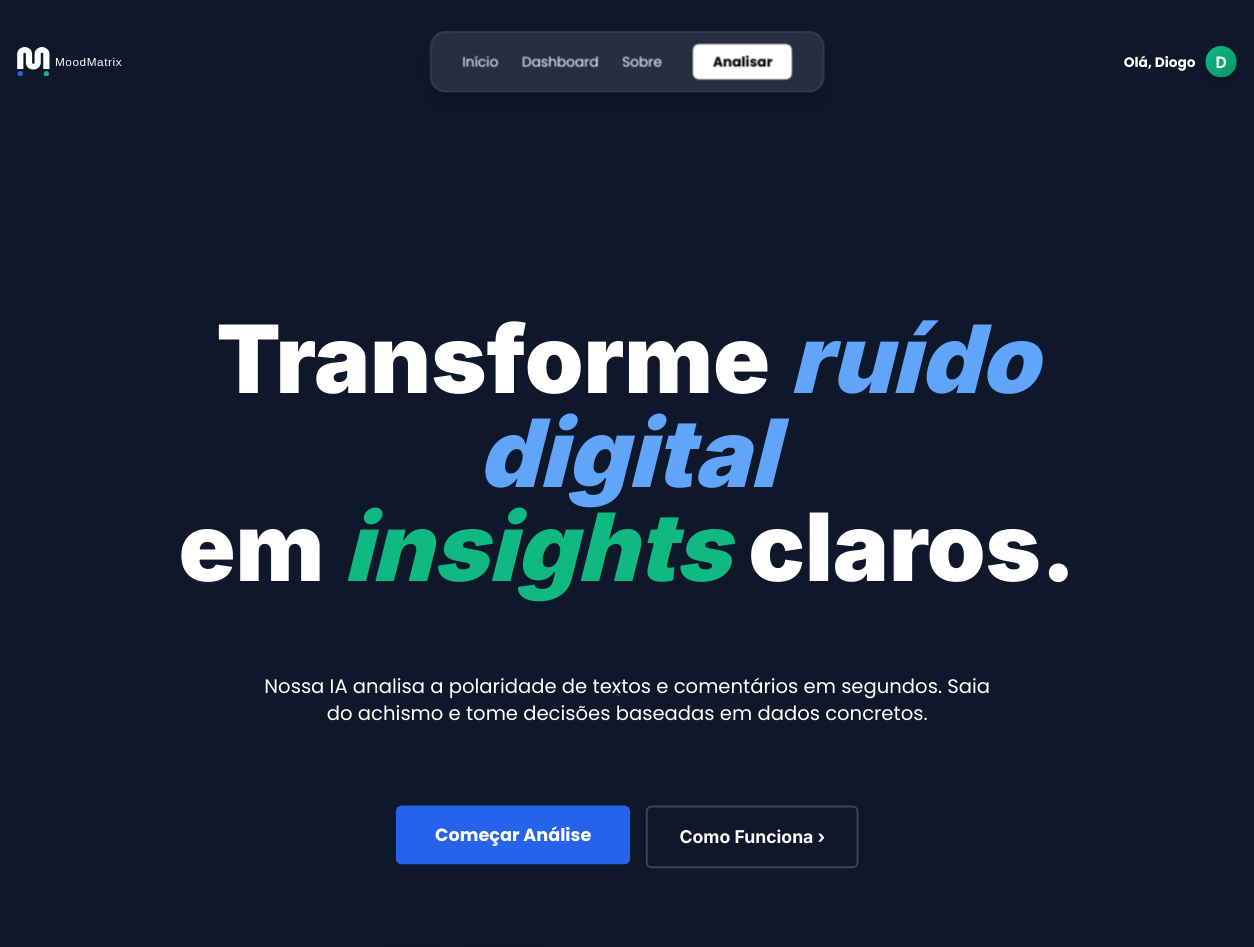
Repository: Hackaton-ONE/hackathon-Frontend
Page: /
These files come from the project's save history. The page is drawn as it stood at one moment and after the next save; the edit follows.
The browser window is 1280 px wide. The pictures show the whole page, at 98% of full size.
Some web fonts or font styles are not loaded; a fallback is used. The project was rebuilt for these pictures with package versions that can differ from the ones it lists, and the page was loaded fresh each time. The framework's server and built-in components were replaced by stand-ins that run in the browser. Also part of the build but not shown: next.config.ts.

Above is the page before, as saved 2026-01-02 10:20:15.

### app/layout.tsx
import type { Metadata } from "next";
import { Inter, Poppins, MuseoModerno } from "next/font/google"; // 1. Importar Poppins
import "./globals.css";
import { Navbar } from "@/components/Navbar";

// 2. Configurar Inter
const inter = Inter({
  subsets: ["latin"],
  variable: "--font-inter",
});

// 3. Configurar Poppins (Pesos comuns: 400, 600, 700)
const poppins = Poppins({
  weight: ['400', '600', '700'],
  subsets: ["latin"],
  variable: "--font-poppins",
});

const museo = MuseoModerno({
  subsets: ["latin"],
  variable: "--font-museo",
  display: "swap",
});

export const metadata: Metadata = {
  title: "MoodMatrix",
  description: "Análise de sentimentos com IA",
};

export default function RootLayout({
  children,
}: Readonly<{

  children: React.ReactNode;
}>) {
  return (
    <html lang="pt-br">
      {/* 4. Adicionar ambas as variáveis no body */}
      <body className={`${inter.variable} ${poppins.variable} ${museo.variable} bg-mood-dark text-white font-sans antialiased`}>
        <Navbar />
        {children}
      </body>
    </html>
  );
}

### app/page.tsx
import { HeroSection } from "../components/HeroSection";

export default function Home() {
  return (
    <main className="min-h-screen bg-mood-dark text-white selection:bg-neon-green selection:text-mood-dark">
      {/* A Navbar já está no layout.tsx, então não precisa repetir aqui se já colocou lá */}

      <HeroSection />

      {/* Aqui virão as próximas seções (Tech Stack, Benefícios, etc.) */}

    </main>
  );
}

### app/globals.css
@tailwind base;
@tailwind components;
@tailwind utilities;

/* Define o fundo padrão do site inteiro e a cor do texto */
body {
  background-color: #0F172A; /* mood.dark */
  color: #ffffff;
  min-height: 100vh;
}

/* Utilitário para o efeito de Vidro (Glassmorphism) */
.glass {
  background: rgba(30, 41, 59, 0.4); /* mood.gray com transparência */
  backdrop-filter: blur(12px);
  -webkit-backdrop-filter: blur(12px);
  border: 1px solid rgba(255, 255, 255, 0.1);
}

/* === PERSONALIZAÇÃO DA BARRA DE ROLAGEM === */

/* 1. Define a largura da barra */
::-webkit-scrollbar {
  width: 8px;
  height: 8px;
}

/* 2. Remove o fundo (Track) */
::-webkit-scrollbar-track {
  background: transparent;
}

/* 3. Cor da barra (Thumb)*/
::-webkit-scrollbar-thumb {
  background-color: #2563EB;
  border-radius: 9999px;
}

/* 4. Efeito ao passar o mouse */
::-webkit-scrollbar-thumb:hover {
  background-color: #60A5FA; /* blue-light */
}

/* 5. Remove as setas (Buttons) */
::-webkit-scrollbar-button {
  display: none;
}

### components/Navbar.tsx
"use client";

import Link from "next/link";
import { useState } from "react";
import { Menu, X } from "lucide-react";
import Image from "next/image";

// Componente NavLink (Link com sublinhado azul)
const NavLink = ({ href, children }: { href: string; children: React.ReactNode }) => (
  <Link
    href={href}
    className="relative group text-white transition-colors font-medium text-sm"
  >
    {children}
    <span className="absolute -bottom-1 left-0 w-0 h-[2px] bg-blue-default transition-all duration-300 ease-out group-hover:w-full" />
  </Link>
);

export function Navbar() {
  const [isOpen, setIsOpen] = useState(false);

  return (
    // Container Principal
    <div className="relative top-0 left-0 w-full z-50 px-4 py-8">

      <div className="max-w-[1600px] mx-auto flex justify-between items-center lg:grid lg:grid-cols-3">

        {/* =======================
            1. LOGO (Coluna 1 - Alinhado à Esquerda)
           ======================= */}
        <div className="flex justify-start">
          <Link href="/" className="flex items-center gap-1 z-50 group">
            <div className="relative w-8 h-8 lg:w-9 lg:h-9 flex items-center justify-center">
              <Image
                src="/logo.svg"
                alt="Logo MoodMatrix"
                fill
                className="object-contain"
              />
            </div>

            <span className="text-white font-medium text-xs font-museo tracking-wider">
              Mood<span>Matrix</span>
            </span>
          </Link>
        </div>

        {/* =======================
            2. PÍLULA CENTRAL (Coluna 2)
            MUDANÇA: 'hidden lg:flex'
            (Escondido em Tablet/Mobile, Flex em Notebook+)
           ======================= */}
        <div className="hidden lg:flex justify-center">
          <nav className="flex items-center gap-8 pl-8 pr-8 py-3 rounded-2xl bg-white/10 backdrop-blur-md border border-white/20 shadow-lg shadow-black/20">
            {/* Links */}
            <div className="flex items-center gap-6 font-poppins font-bold">
              <NavLink href="/">Início</NavLink>
              <NavLink href="/dashboard">Dashboard</NavLink>
              <NavLink href="#sobre">Sobre</NavLink>
            </div>

            {/* Botão Analisar */}
            <Link href="/analisar">
              <button className="bg-white hover:bg-neon-orange text-black font-poppins font-bold text-sm px-5 py-2 rounded-md transition-all duration-200 shadow-sm hover:shadow-md">
                Analisar
              </button>
            </Link>
          </nav>
        </div>

        {/* =======================
            3. AVATAR / MENU (Coluna 3 - Alinhado à Direita)
           ======================= */}
        <div className="flex justify-end items-center gap-4 z-50">

          {/* Avatar (Desktop) */}
          <div className="hidden lg:flex items-center gap-2 pl-4">
            <div className="text-right hidden lg:block">
              <p className="font-poppins text-sm font-bold text-white">Olá, Diogo</p>
            </div>
            <div className="w-9 h-9 rounded-full bg-gradient-to-br from-neon-green to-emerald-600 flex items-center justify-center text-white font-bold border-2 border-mood-dark shadow-md">
              D
            </div>
          </div>

          {/* Botão Hambúrguer (Mobile) */}
          <button
            onClick={() => setIsOpen(!isOpen)}
            className="lg:hidden text-white hover:text-neon-blue transition p-1"
          >
            {isOpen ? <X size={28} /> : <Menu size={28} />}
          </button>
        </div>

      </div>

      {/* =======================
          4. MENU MOBILE DROPDOWN
         ======================= */}
      {isOpen && (
        <div className="lg:hidden absolute top-24 left-4 right-4 z-40 bg-mood-dark/95 backdrop-blur-xl border border-white/10 rounded-2xl p-4 shadow-2xl animate-in fade-in slide-in-from-top-5">

          <div className="flex flex-col space-y-1">
            <Link href="/" onClick={() => setIsOpen(false)} className="block px-4 py-3 text-white/90 hover:text-white hover:bg-blue-default rounded-lg transition-colors text-sm font-medium">
              Início
            </Link>
            <Link href="/dashboard" onClick={() => setIsOpen(false)} className="block px-4 py-3 text-white/90 hover:text-white hover:bg-blue-default rounded-lg transition-colors text-sm font-medium">
              Dashboard
            </Link>
            <Link href="#sobre" onClick={() => setIsOpen(false)} className="block px-4 py-3 text-white/90 hover:text-white hover:bg-blue-default rounded-lg transition-colors text-sm font-medium">
              Sobre
            </Link>
          </div>

          <div className="my-3 border-t border-white/10" />

          <Link href="/analisar" onClick={() => setIsOpen(false)}>
            <button className="w-full bg-white hover:bg-neon-orange text-black border border-white/20 font-poppins font-bold text-sm py-3 rounded-lg transition-all duration-200">
              Analisar
            </button>
          </Link>

          <div className="mt-4 pt-4 border-t border-white/10 flex items-center gap-3">
            <div className="w-8 h-8 rounded-full bg-gradient-to-br from-neon-green to-emerald-600 flex items-center justify-center text-white font-bold text-xs">
              D
            </div>
            <div>
              <p className="text-sm font-bold text-white">Diogo</p>
              <p className="text-xs text-gray-400">diogo@exemplo.com</p>
            </div>
          </div>

        </div>
      )}
    </div>
  );
}

### components/HeroSection.tsx
import Link from "next/link";
import { Button } from "./Button"; // Importando seu botão personalizado

export function HeroSection() {
  return (
    <section className="relative pt-32 lg:pt-48 pb-20 px-4 overflow-hidden">

      {/* =========================================
          ELEMENTOS DECORATIVOS DE FUNDO (GLOWS)
          ========================================= */}

{/* 1. ELIPSE MAIOR (Direita/Topo)
          x: 946.5, y: -78.06 -> right-0 top-[-78px] (Ajustado para responsivo)
          w: 743.5, h: 817.56 -> w-[743px] h-[817px]
          fill: 60A5FA 30% -> bg-blue-light/30
          blur: 160 -> blur-[160px]
      */}
      <div
        className="
          absolute
          top-[-78px]
          right-[-100px] lg:right-[-50px] /* Ajuste fino para telas diferentes */
          w-[743px]
          h-[817px]
          bg-blue-light/30
          blur-[160px]
          rounded-full
          -z-10
          pointer-events-none
        "
      />

      {/* 2. ELIPSE MENOR (Esquerda/Baixo)
          x: -90, y: 546 -> left-[-90px] top-[546px]
          w: 282, h: 343 -> w-[282px] h-[343px]
          fill: 60A5FA 30% -> bg-blue-light/30
          blur: 160 -> blur-[160px]
      */}
      <div
        className="
          absolute
          top-[546px]
          left-[-90px]
          w-[282px]
          h-[343px]
          bg-blue-light/30
          blur-[160px]
          rounded-full
          -z-10
          pointer-events-none
        "
      />


      {/* =========================================
          CONTEÚDO PRINCIPAL
          ========================================= */}
      <div className="max-w-5xl mx-auto text-center flex flex-col items-center">

        {/* TÍTULO */}
        <h1 className="font-inter font-black text-4xl md:text-6xl lg:text-7xl xl:text-8xl leading-tight text-white mb-8 lg:mb-20">
          Transforme <span className="italic text-blue-light">ruído digital</span> <br className="hidden md:block" />
          em <span className="italic text-neon-green">insights</span> claros.
        </h1>

        {/* SUBTÍTULO */}
        <p className="font-poppins font-light text-white text-base md:text-xl mb-20 max-w-3xl">
          Nossa IA analisa a polaridade de textos e comentários em segundos.
          Saia do achismo e tome decisões baseadas em dados concretos.
        </p>

        {/* BOTÕES DE AÇÃO (CTA) */}
        <div className="flex flex-col sm:flex-row gap-4 w-full sm:w-auto">
          <Link href="/analisar">
            <Button variant="primary" className="w-full sm:w-auto text-lg px-8 lg:px-10 py-4 bg-blue-default hover:bg-neon-green font-poppins">
              Começar Análise
            </Button>
          </Link>

          <Link href="#como-funciona">
            <Button variant="outline" className="w-full sm:w-auto text-lg px-8 py-4">
              Como Funciona ›
            </Button>
          </Link>
        </div>

      </div>
    </section>
  );
}

### components/Button.tsx
import React from "react";

interface ButtonProps extends React.ButtonHTMLAttributes<HTMLButtonElement> {
  variant?: "primary" | "outline" | "ghost";
  children: React.ReactNode;
}

export function Button({ variant = "primary", className = "", children, ...props }: ButtonProps) {

  const baseStyles = "px-6 py-3 rounded-md font-bold transition-all duration-200 flex items-center justify-center gap-2 active:scale-[0.98]";

  const variants = {
    primary: "text-white active:translate-y-1",

    // Outline (Borda simples)
    outline: "bg-transparent border-2 border-white/20 text-white hover:bg-white/5 hover:border-white/40",

    // Ghost (Transparente)
    ghost:   "bg-transparent text-gray-400 hover:text-white hover:bg-white/5",
  };

  return (
    <button
      className={`${baseStyles} ${variants[variant]} ${className}`}
      {...props}
    >
      {children}
    </button>
  );
}

### tailwind.config.ts
/** @type {import('tailwindcss').Config} */
const config = {
  // Configuração de onde o Tailwind procura as classes
  content: [
    "./app/**/*.{js,ts,jsx,tsx,mdx}",
    "./pages/**/*.{js,ts,jsx,tsx,mdx}",
    "./components/**/*.{js,ts,jsx,tsx,mdx}",
    "./src/app/**/*.{js,ts,jsx,tsx,mdx}",
    "./src/pages/**/*.{js,ts,jsx,tsx,mdx}",
    "./src/components/**/*.{js,ts,jsx,tsx,mdx}",
  ],
  theme: {
    extend: {
      colors: {
        white: "#FFFFFF",
        mood: {
          dark: "#0F172A", // Fundo Azul Escuro
          nav: "#FFFFFF",  // Base para Navbar
        },
        blue: {
          light: "#60A5FA",   // Azul Claro
          default: "#2563EB", // Azul Padrão
          dark: "#1E3A8A",    // Azul Escuro
        },
        neon: {
          green: "#10B981",
          red: "#B91C1C",
          orange: "#F59E0B",
        },
      },
      fontFamily: {
        sans: ['var(--font-inter)', 'sans-serif'],
        poppins: ['var(--font-poppins)', 'sans-serif'],
        museo: ['var(--font-museo)', 'sans-serif'],
      },
      backgroundImage: {
        // Gradientes de Seta e Barra de Progresso
        'gradient-pos': 'linear-gradient(to right, #2563EB, #10B981)',
        'gradient-neg': 'linear-gradient(to right, #B91C1C, #F59E0B)',

        // Gradientes Sutis para os Cards (Glassmorphism)
        'card-blue': 'linear-gradient(180deg, rgba(255, 255, 255, 0) 0%, rgba(96, 165, 250, 0.05) 100%)',
        'card-green': 'linear-gradient(180deg, rgba(255, 255, 255, 0) 0%, rgba(16, 185, 129, 0.05) 100%)',
        'card-red': 'linear-gradient(180deg, rgba(255, 255, 255, 0) 0%, rgba(185, 28, 28, 0.05) 100%)',
        'card-orange': 'linear-gradient(180deg, rgba(255, 255, 255, 0) 0%, rgba(245, 158, 11, 0.05) 100%)', // NOVO
      }
    },
  },
  plugins: [],
};

export default config;

After the next save:
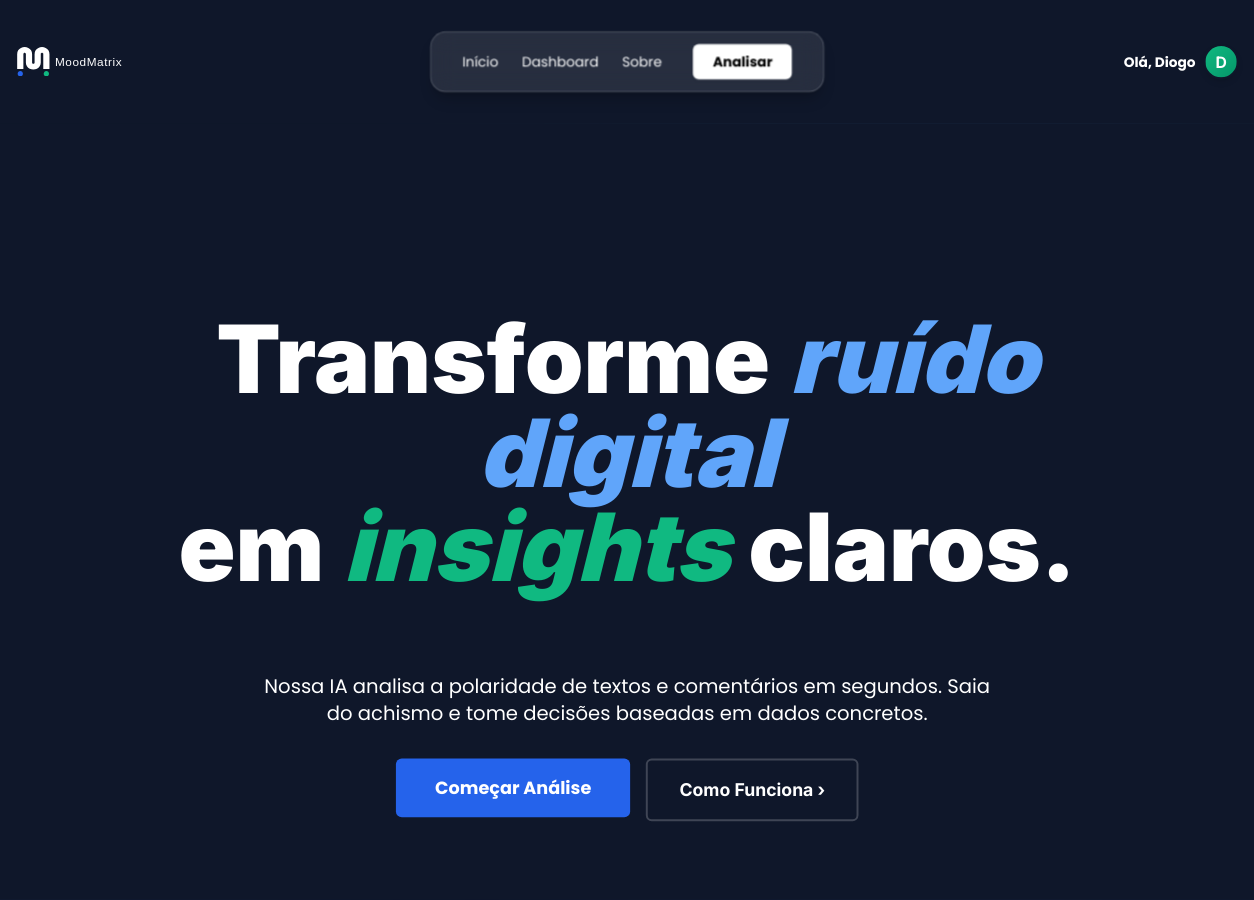
Saved 11 s later.
--- a/components/HeroSection.tsx
+++ b/components/HeroSection.tsx
@@ -64,7 +64,7 @@
         </h1>
 
         {/* SUBTÍTULO */}
-        <p className="font-poppins font-light text-white text-base md:text-xl mb-20 max-w-3xl">
+        <p className="font-poppins font-light text-white text-base md:text-xl mb-8 mb-20 max-w-3xl">
           Nossa IA analisa a polaridade de textos e comentários em segundos.
           Saia do achismo e tome decisões baseadas em dados concretos.
         </p>

After the save that followed:
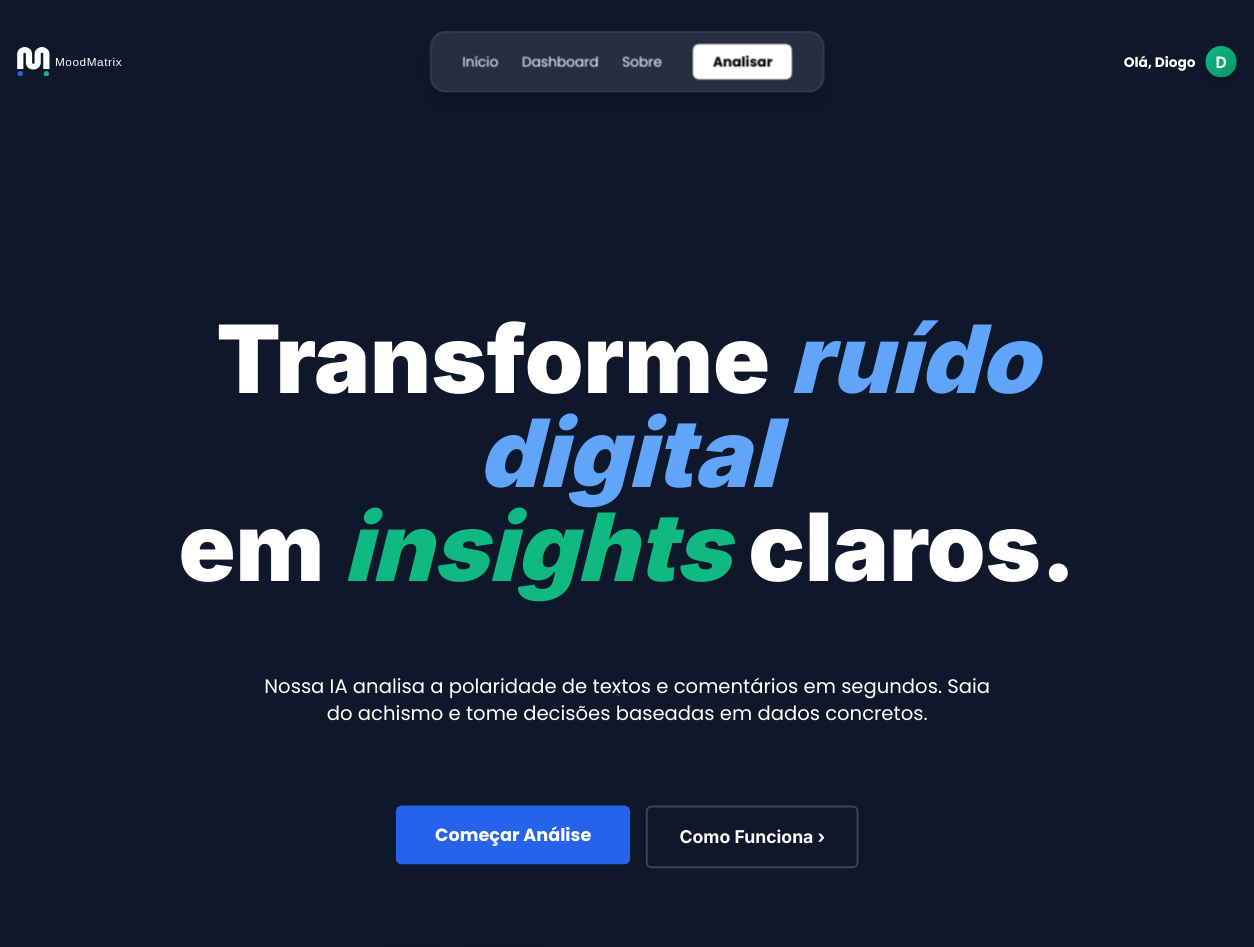
Saved 59 s later.
--- a/components/HeroSection.tsx
+++ b/components/HeroSection.tsx
@@ -64,7 +64,7 @@
         </h1>
 
         {/* SUBTÍTULO */}
-        <p className="font-poppins font-light text-white text-base md:text-xl mb-8 mb-20 max-w-3xl">
+        <p className="font-poppins font-light text-white text-base md:text-xl mb-8 lg:mb-20 max-w-3xl">
           Nossa IA analisa a polaridade de textos e comentários em segundos.
           Saia do achismo e tome decisões baseadas em dados concretos.
         </p>
